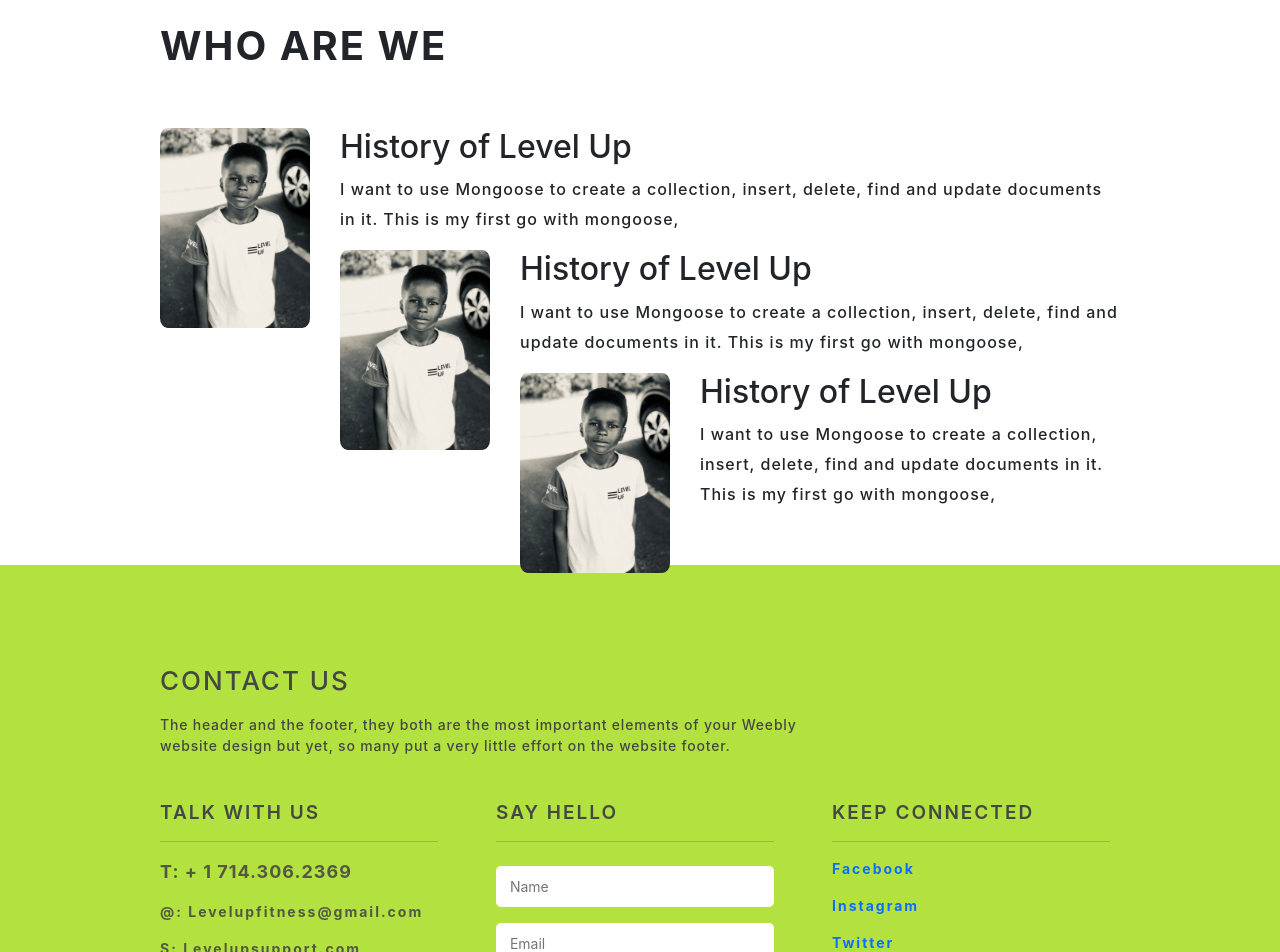
Repository: Bojurie/Level-up
Page: /about (app in client/)
An editor plug-in stored every save of this project. The page is shown before and after the next save, followed by the edit.
The browser window is 1280 px wide. The pictures show the part of the page from y = 352 to 1304 px (the page is 1674 px tall before and 1877 px after).
Some web fonts or font styles are not loaded; a fallback is used. Some web libraries are served in a nearby version. The project was rebuilt for these pictures with package versions that can differ from the ones it lists, and the page was loaded fresh each time. Also part of the build but not shown: client/src/components/Carousel.js, client/src/components/HomeVlog.css, client/src/components/HomeVlog.js, client/src/components/homeProducts.css, client/src/components/HomeProducts.js, client/src/components/Card.js, client/src/components/HomeShop.css, client/src/components/HomeShop.js and 10 more. Imported but missing from the stored project, and not drawn on this page: client/src/components/Chart.

Above is the page before, as saved 2022-11-30 06:58:25.

### client/public/index.html
<!DOCTYPE html>
<html lang="en">
  <head>
    <meta charset="utf-8" />
    <link rel="icon" href="%PUBLIC_URL%/favicon.ico" />
    <meta name="viewport" content="width=device-width, initial-scale=1" />
    <meta name="theme-color" content="#000000" />
    <meta
      name="description"
      content="Web site created using create-react-app"
    />
    <link rel="apple-touch-icon" href="%PUBLIC_URL%/logo192.png" />
    <link rel="manifest" href="%PUBLIC_URL%/manifest.json" />

    <link rel="preconnect" href="https://fonts.googleapis.com" />
    <link rel="preconnect" href="https://fonts.gstatic.com" crossorigin />
    <link
      href="https://fonts.googleapis.com/css2?family=Asap+Condensed:ital,wght@0,400;0,500;1,400&family=Chivo:wght@300;400&family=Jura:wght@300;400;500;600;700&family=Lato:ital,wght@0,400;0,700;1,400&family=Nunito+Sans:wght@400;600&family=Oswald:wght@300;500;700&family=Playball&family=Roboto:ital,wght@0,400;0,500;1,500&family=Wallpoet&display=swap"
      rel="stylesheet"
    />

    <link
      rel="stylesheet"
      href="https://cdn.jsdelivr.net/npm/bootstrap@5.1.3/dist/css/bootstrap.min.css"
      integrity="sha384-1BmE4kWBq78iYhFldvKuhfTAU6auU8tT94WrHftjDbrCEXSU1oBoqyl2QvZ6jIW3"
      crossorigin="anonymous"
    />
    <script
      src="https://kit.fontawesome.com/5ffdb52964.js"
      crossorigin="anonymous"
    ></script>
    <title>React App</title>
    <script
      src="https://kit.fontawesome.com/5ffdb52964.js"
      crossorigin="anonymous"
    ></script>
  </head>
  <body>
    <noscript>You need to enable JavaScript to run this app.</noscript>
    <div id="root"></div>
    <!--
      This HTML file is a template.
      If you open it directly in the browser, you will see an empty page.

      You can add webfonts, meta tags, or analytics to this file.
      The build step will place the bundled scripts into the <body> tag.

      To begin the development, run `npm start` or `yarn start`.
      To create a production bundle, use `npm run build` or `yarn build`.
    -->
  </body>
</html>

### client/src/App.js
import React from 'react';
// import { BrowserRouter as Router, Route, Routes } from 'react-router-dom';
import { BrowserRouter as Router, Route, Routes} from 'react-router-dom'


import Home from './pages/Home';
import About from './pages/About';
import Shop from './pages/Shop';
import Contact from './pages/Contact';
import Navbar from './components/Navbar';
import Footer from './components/Footer';
import LogIn from './pages/LogIn';
import Register from './pages/Register';
import Chart from './components/Chart';
import Vlog from './pages/Vlog';

import {DataProvider} from './components/Context'


function App() {

  return (
        <Router>
          <DataProvider>
          <Navbar />
          <Routes>
              <Route path='/' element={<Home />} />
              <Route path='/about' element={<About />} />
              <Route path='/contact' element={<Contact />} />
              <Route path='/shop' element={<Shop />} />
              <Route path='/vlog' element={<Vlog />} />
              <Route path='/login' element={<LogIn/>} />
              <Route path='/register' element={<Register />} />
              <Route path='/chart' element={<Chart/>} />
          </Routes>
          <Footer />
          </DataProvider>
        </Router>
  );
}

export default App;

### client/src/pages/About.js
import React from 'react';
import './About.css';

import DarkImage from '../images/IMG_5367.jpg'
import { FormTitle } from '../components/FormTitle';
const imgse = DarkImage;

const About = () => {

  return (
    <div className='about'>
    <FormTitle className="sign-in-form__title" />
      <div className=''>
          <div className='aboutContainer'>
            <h1> Who Are We </h1>
            <div className='aboutContent'>
              <div className='aboutParagraph'>
                <div className='AboutUs-content'>
                    <div className='AboutHistory'>
                        <div className='history-img'>
                            <img src={imgse} alt='img'/>
                        </div>
                        <div className='history-content'>
                          <h2>History of Level Up</h2>
                          <p>I want to use Mongoose to create a collection, insert, delete, find and update documents in it. This is my first go with mongoose,</p>
                        </div>
                    </div>
                    <div className='AboutGoal'>
                        <div className='history-img'>
                            <img src={imgse} alt='img'/>
                        </div>
                        <div className='history-content'>
                          <h2>History of Level Up</h2>
                          <p>I want to use Mongoose to create a collection, insert, delete, find and update documents in it. This is my first go with mongoose,</p>
                        </div>
                    </div>
                    <div className='Aboutproduct'>
                        <div className='history-img'>
                            <img src={imgse} alt='img'/>
                        </div>
                        <div className='history-content'>
                          <h2>History of Level Up</h2>
                          <p>I want to use Mongoose to create a collection, insert, delete, find and update documents in it. This is my first go with mongoose,</p>
                        </div>
                    </div>

                </div>



              </div>
            </div>
          </div>
      </div>
    </div>
  );
}

export default About;

### client/src/components/Navbar.js
import React from 'react';
import { Link } from 'react-router-dom';

import './Navbar.css'
import Logo from '../images/Logo.png'



const Navbar = () => {
  return (
    <nav className='navbar'>
      <div className='navbar-wrapper'>
        <Link to='/' className='logo'>
            <img src={Logo} alt='logo' />
        </Link>
        <ul className='navbar-links'>
            <Link to='/' >Home </Link>
            <Link to='/shop'> Shop</Link>
            <Link to='/Vlog'> V-Log</Link>
            <Link to='/about'> About</Link>
            <Link to='/contact'> Contact</Link>
            <Link to='/login'> Login </Link>
            <Link to='/register'>SignUp</Link>
            <Link to='/chart'><i class="fa-solid fa-cart-shopping"></i></Link>

        </ul>
      </div>

    </nav>
  );
}

export default Navbar;

### client/src/components/Footer.js
import React from 'react';
import { Link } from 'react-router-dom';
  import { FontAwesomeIcon } from '@fortawesome/react-fontawesome'
  import { instagram } from '@fortawesome/free-solid-svg-icons'

import './Footer.css';

const Footer = () => {
  return (
    <div className='footer'>
      <div className='footer-wrapper'>
        <div className='footer-header-wrapper'>
          <div className='footer-header'>
            <h1>Contact Us</h1>
          </div>
          <div className='footer-paragraph'>
            <p>The header and the footer, they both are the most important elements of your Weebly website design but yet, so many put a very little effort on the website footer.</p>
          </div>

        </div>
        <div className='footer-nav-content'>
            <div className='footer-navs-left'>
              <h3>Talk With Us</h3><hr/>
              <div className='footer-contact'>
                <div className='tel'>
                  <p>T: + 1 714.306.2369</p>
                </div>
                <div className='email'>
                  <p>@: Levelupfitness@gmail.com</p>
                </div>
                <div className='support'>
                  <p>S: Levelupsupport.com</p>
                </div>

              </div>

            </div>
            <div className='footer-navs-middle'>
                <h3>Say Hello</h3><hr/>
              <div className='footer-form'>

                  <form className='form'>
                    <input type='text' placeholder=' Name' />
                    <input type='text' placeholder=' Email' />
                    <input type='text' placeholder=' Telephone' />
                    <textarea placeholder='Message...' />
                  </form>
                  <div className='form-btn'>
                    <input type='submit' placeholder='' />
                  </div>

              </div>
            </div>
            <div className='footer-navs-right'>
              <h3>Keep Connected</h3><hr/>
              <div className='social-media'>
                <p><Link to='/'>Facebook</Link></p>
                <p><Link to='/'><FontAwesomeIcon icon="fa-brands fa-instagram" /> Instagram</Link></p>
                <p><Link to='/'>Twitter</Link></p>

              </div>

            </div>
        </div>


      </div>
    </div>
  );
}

export default Footer;

### client/src/components/Context.js
import React,{Component} from 'react';
export const DataContext = React.createContext();

export class DataProvider extends Component {
  constructor(props) {
    super(props)

    this.state = {
       products: [
         {
          "_id": "1",
          "title": "Level-Up Sweat Pant",
          "src": "https://images.unsplash.com/photo-1618354691373-d851c5c3a990?ixlib=rb-1.2.1&ixid=MnwxMjA3fDB8MHxwaG90by1wYWdlfHx8fGVufDB8fHx8&auto=format&fit=crop&w=658&q=80",
          "description": "Classic fit for running and outdoor activities.",
          "price": 39,
          "colors": ["red", "blue", "black"],
          "count": 2,
         },
         {
          "_id": "2",
          "title": "Kids Level-Up SweatPant",
          "src": "https://images.unsplash.com/flagged/photo-1555895312-bbc472c964f3?ixlib=rb-1.2.1&ixid=MnwxMjA3fDB8MHxwaG90by1wYWdlfHx8fGVufDB8fHx8&auto=format&fit=crop&w=388&q=80",
          "description": "Kids track sweatsuit for running or leisure activities",
          "price": 20,
          "colors": ["red", "blue", "black"],
          "count": 2,
         },
         {
          "_id": "3",
          "title": "Level Up Tank Top",
          "src": "https://images.unsplash.com/photo-1618354691373-d851c5c3a990?ixlib=rb-1.2.1&ixid=MnwxMjA3fDB8MHxwaG90by1wYWdlfHx8fGVufDB8fHx8&auto=format&fit=crop&w=658&q=80",
          "description": "description",
          "price": 20,
          "colors": ["red", "blue", "black"],
          "count": 2,
         },
         {
          "_id": "4",
          "title": "Level Up T-Shirt",
          "src": "https://images.unsplash.com/photo-1618354691373-d851c5c3a990?ixlib=rb-1.2.1&ixid=MnwxMjA3fDB8MHxwaG90by1wYWdlfHx8fGVufDB8fHx8&auto=format&fit=crop&w=658&q=80",
          "description": "description",
          "price": 20,
          "colors": ["red", "blue", "black"],
          "count": 2,
         },
         {
          "_id": "5",
          "title": "Level Up Sweater",
          "src": "https://images.unsplash.com/photo-1618354691373-d851c5c3a990?ixlib=rb-1.2.1&ixid=MnwxMjA3fDB8MHxwaG90by1wYWdlfHx8fGVufDB8fHx8&auto=format&fit=crop&w=658&q=80",
          "description": "description",
          "price": 20,
          "colors": ["red", "blue", "black"],
          "count": 2,
         },
         {
          "_id": "6",
          "title": "Level Up Embroidery Shirt",
          "src": "https://images.unsplash.com/photo-1618354691373-d851c5c3a990?ixlib=rb-1.2.1&ixid=MnwxMjA3fDB8MHxwaG90by1wYWdlfHx8fGVufDB8fHx8&auto=format&fit=crop&w=658&q=80",
          "description": "description",
          "price": 20,
          "colors": ["red", "blue", "black"],
          "count": 2,
         },
       ]
    }
  }

  render(){
    const {products} = this.state;
    return(
      <DataContext.Provider value={{products}}>
        {this.props.children}
      </DataContext.Provider>
    )
  }
}
export default DataProvider;

### client/src/pages/About.css
.aboutContainer h1 {
  padding: 20px 0 50px 0;
  text-transform: uppercase;
  font-weight: bold;
  letter-spacing: 2px;
}

.aboutContainer {
  padding: 40px 160px;
}

.aboutParagraph p {
  letter-spacing: 1px;
  line-height: 30px;
  font-weight: 500;
}

.aboutParagraph img {
 width: 150px;
  border-radius: 5%;
  float: left;
  margin: 0 30px 0 0;
}

.AboutUs-content {
  /* display: flex; */
}

### client/src/components/FormTitle.js
import React from "react";
import './FormTitle.css';

export function FormTitle(props) {
  const { className, text } = props;
  return <h1 className={`${className} form-title`}>{text}</h1>;
}

### client/src/components/Navbar.css
.logo img {
  width: 250px;
}

.navbar {
  padding-top: 0;
  display: contents;
}

.navbar-wrapper {
  display: flex;
  /* justify-content: center; */
  align-items: center;
  height: 90px;
  background: #b3e140;
  padding: 0 50px;
  justify-content: space-between;
}

.navbar-links {
  margin-bottom: 0;
}

.navbar-links a {
  font-size: 14px;
  letter-spacing: 2px;
  font-weight: 700;
  text-transform: capitalize;
  margin: 0 10px;
  color: rgb(68, 72, 67);

}

a {
  list-style: none;
  text-decoration: none;
}

### client/src/components/Footer.css
.footer {
  background-color: #b3e140;
      font-size: 14px;
    letter-spacing: 2px;
    font-weight: 700;

    color: rgb(68, 72, 67);
}
.footer-header h1 {
 font-size: 26px;
 text-transform: uppercase;
 letter-spacing: 2px;
}

.footer-navs {
  text-decoration: none;
  list-style-type: none;

}
.footer-navs li{
  padding: 10px 0;
  letter-spacing: 1px;
  text-transform: uppercase;
  font-weight: 600;

}
.footer-wrapper {
  padding: 100px 160px;
}

.footer-contact {



}
.footer-nav-content p {
 color: #424141db;
}
.footer-contact > .tel p{
    font-size: 18px;
    letter-spacing: 1px;

}
.footer-contact > .email p{
    font-size: 14px;
    /* letter-spacing: 2px; */
}
.footer-contact > .support p{
    font-size: 14px;
    letter-spacing: 2px;
}
.footer-paragraph {
  width: 70%;
  letter-spacing: .8px;
  font-weight: 500;
  padding: 10px 0;
}
.footer-wrapper h3{
 text-transform: uppercase;
 letter-spacing: 2px;
 font-size: 19px;
 font-weight: 600;

}

.footer-nav-content {
  display: flex;
  justify-content: space-between;
}



.footer-navs-left,
.footer-navs-middle,
.footer-navs-right{

  padding: 20px 10px 0 0;
  border-radius: 10px;
}

.footer-form {
  background-color: none !important;
}

/* footer Left section */
.footer-navs-left {
  width: 30%;
}

/* footer Middle section */
.footer-navs-middle {
 width: 30%;
}

.form {
  display: grid;
}
.form input {
  padding: 10px ;
  margin: 8px 0;
  border-radius: 5px;
  border: none;
}
.form input:focus {
  border: none;
}

.form textarea {
   width: 100%;
  height: 150px;
  padding: 12px 20px;
  box-sizing: border-box;
  border: 2px solid #ccc;
  border-radius: 4px;
  background-color: #f8f8f8;
  font-size: 16px;
  resize: none;
}
.form input:active {

  border: 1px solid rgb(241, 234, 234);

}
.form-btn {

}
.form-btn input {
     padding: 5px 25px;
    margin: 5px 0;
    border-radius: 4px;
    background-color: #999999;
    border: 1px solid  #b3e140;
    color: #b3e140;
    letter-spacing: 1.1px;
    font-weight: 600;
    text-transform: uppercase;
}

.footer-navs-right {
  width: 30%;
}

### client/src/components/Carousel.css
 .d-block {
   width: 100%;
   /* object-fit: cover; */
   /* object-position: 50% 50%; */
   /* background-size: contain;
   background-repeat: no-repeat; */
 }


 img {

   max-width: 100%;
   max-height: 100%;
   object-fit: cover;
   background-repeat: no-repeat;
 }

 .carousel-item img {
   width: 1000px;
   height: 500px;
 }

 .carousel-caption {
   top: 50%;
 }

 .carousel {
   object-fit: contain;
 }

### client/src/components/FormTitle.css
.form-title {
  font-size: 3rem;
  font-weight: 700;
  line-height: 2rem;
  margin: auto 0;
  color: white;
  background-image: url('https://images.unsplash.com/photo-1581397867105-8c988bd747e6?ixlib=rb-4.0.3&ixid=MnwxMjA3fDB8MHxwaG90by1wYWdlfHx8fGVufDB8fHx8&auto=format&fit=crop&w=1170&q=80') ;
    background-repeat: no-repeat;
  background-position: center;
  background-size: cover;
  padding: 7rem 0 7rem 10rem;
  letter-spacing: 5px;
  text-transform: uppercase;
  display: flex;
  justify-content: flex-start;

}
.form-title h1{


}


.shopForm-title {
 font-size: 3rem;
  font-weight: 700;
  line-height: 2rem;
  letter-spacing: 5px;
  text-transform: uppercase;
  display: flex;
  margin: auto 0;
   background-image: url('https://images.unsplash.com/photo-1581397867105-8c988bd747e6?ixlib=rb-4.0.3&ixid=MnwxMjA3fDB8MHxwaG90by1wYWdlfHx8fGVufDB8fHx8&auto=format&fit=crop&w=1170&q=80') ;
    background-repeat: no-repeat;
  background-position: center;
  background-size: cover;

  padding: 7rem 0 7rem 10rem;
  justify-content: flex-start;

}
.FormTitleLogin-title {
  font-size: 3rem;
  font-weight: 700;
  line-height: 2rem;
  padding: 6rem 0;
  letter-spacing: 5px;
  text-transform: uppercase;
  display: flex;
  justify-content: center;
  margin: auto 0;
   background-image: url('https://images.unsplash.com/photo-1609770231080-e321deccc34c?ixlib=rb-4.0.3&ixid=MnwxMjA3fDB8MHxwaG90by1wYWdlfHx8fGVufDB8fHx8&auto=format&fit=crop&w=765&q=80') ;
    background-repeat: no-repeat;
  background-position: center;
  background-size: cover;

}
.ContactForm-title {
 /* font-size: 3rem;
  font-weight: 700;
  line-height: 2rem;
  text-transform: uppercase; */
  display: flex;
  margin: auto 0;
   background-image: url('https://images.unsplash.com/photo-1587560699334-bea93391dcef?ixlib=rb-4.0.3&ixid=MnwxMjA3fDB8MHxwaG90by1wYWdlfHx8fGVufDB8fHx8&auto=format&fit=crop&w=1170&q=80') ;
    background-repeat: no-repeat;

 padding: 7rem 0 7rem 10rem;
  letter-spacing: 5px;
  justify-content: flex-start;

}
.RegisterForm-title {
  font-size: 3rem;
  font-weight: 700;
  line-height: 2rem;
  padding: 6rem 0;
  letter-spacing: 5px;
  text-transform: uppercase;
  display: flex;
  justify-content: center;
  margin: auto 0;
   background-image: url('https://images.unsplash.com/photo-1563906267088-b029e7101114?ixlib=rb-4.0.3&ixid=MnwxMjA3fDB8MHxwaG90by1wYWdlfHx8fGVufDB8fHx8&auto=format&fit=crop&w=1170&q=80') ;
    background-repeat: no-repeat;
  /* background-position: bottom; */
  /* background-size: cover; */
    /* background-attachment: */


}
.VlogForm_title h1{


}
.VlogForm_title {
  /* font-size: 3rem;
  font-weight: 700;
  line-height: 2rem; */
  padding: 7rem 0 7rem 10rem;
  letter-spacing: 5px;
  text-transform: uppercase;
  display: flex;
  justify-content: flex-start;
  margin: auto 0;
   background-image: url('https://images.unsplash.com/photo-1440778303588-435521a205bc?ixlib=rb-4.0.3&ixid=MnwxMjA3fDB8MHxwaG90by1wYWdlfHx8fGVufDB8fHx8&auto=format&fit=crop&w=1470&q=80') ;
    background-repeat: no-repeat;
  background-position: center;
  background-size: cover;

}

@media screen and (max-width: 414px) {
  .form-title {
    padding: 4rem 1rem;

  }

}

### client/src/components/auth/LoginForm.css
.loginForm-wrapper {
  text-align: center;
    justify-content: center;
    width: 600px;
    margin: auto;
    padding: 90px 0;

}
.login-header {
  text-transform: uppercase;
  letter-spacing: 2px;
  font-weight: 600;
}


form {
  display: grid;
}

.loginForm-header {
  font-size: 20px;
}

.loging
form input {
  margin: 5px 0;
  padding: 10px;
  border-radius: 10px;
  border: 1px solid white;
  background-color: rgba(243, 247, 255, 0.715) !important;
}
form input:focus{
  border: 2px solid green;
}
form > .loginBtn > input{
  padding: 8px;
  width: 100%;
  background-color:#999999!important;
  color: #ccf368;
  font-weight: 700;
  border: none;
  margin:5px 0 ;
  font-size: 20px;
  letter-spacing: 3px;
}

### client/src/components/auth/registerForm.css

.registerForm-wrapper {
  text-align: center;
    justify-content: center;
    width: 600px;
    margin: auto;
    padding: 90px 0;

}
.login-header {
  text-transform: uppercase;
  letter-spacing: 2px;
  font-weight: 600;
}


form {
  display: grid;
}

.loginForm-header {
  font-size: 20px;
}

.register
form input {
  margin: 5px 0;
  padding: 10px;
  border-radius: 10px;
  border: 1px solid white;

}
form input:focus{
  border: 2px solid green;
}
form > .loginBtn > input{
  padding: 8px;
  width: 100%;
  background-color: #b3e140 !;
  border: none;
  margin:5px 0 ;
}

Loaded but not shown: client/src/index.js (common file); client/src/index.css (common file)

After the next save:
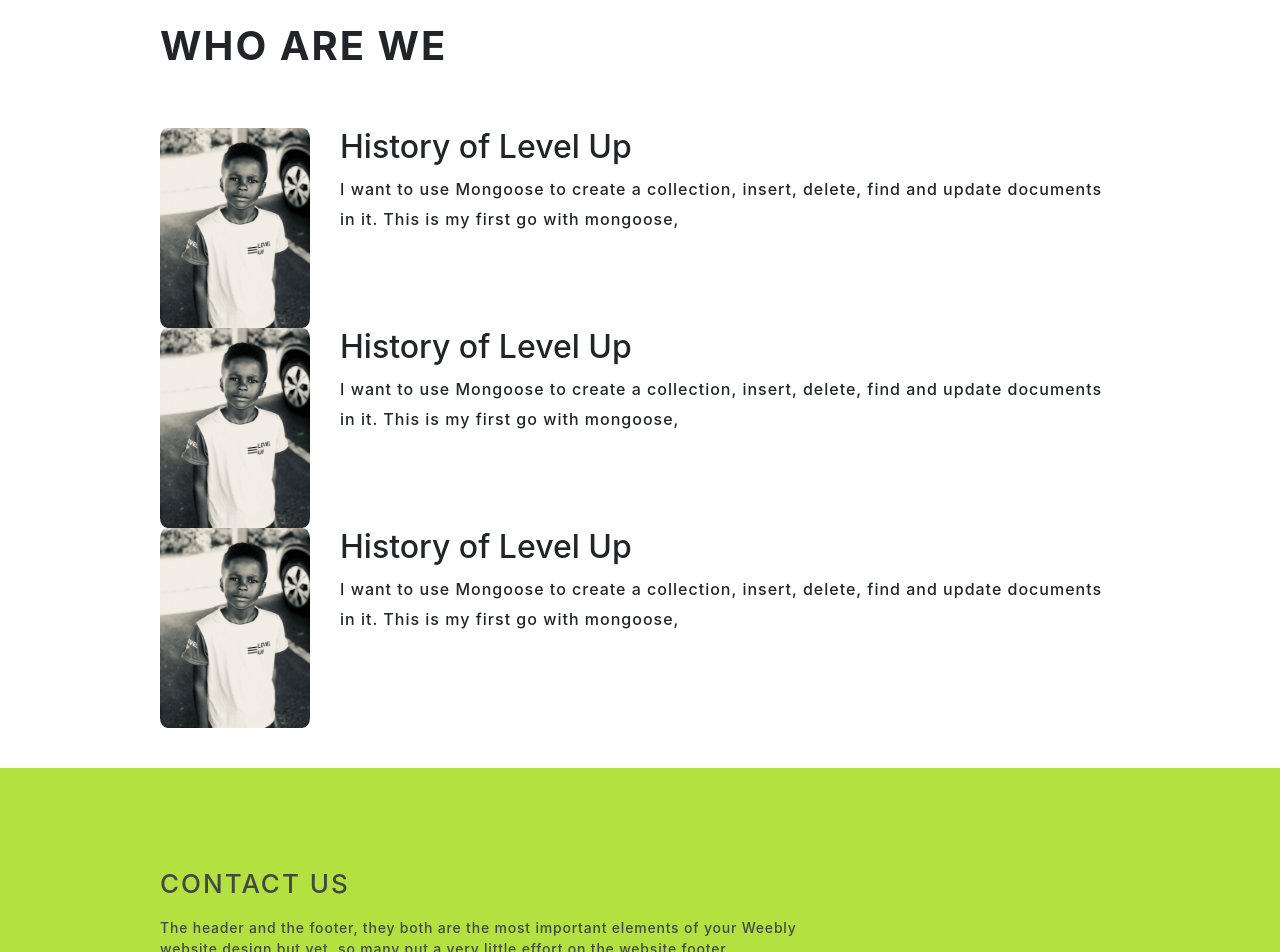
Saved 16 s later.
--- a/client/src/pages/About.css
+++ b/client/src/pages/About.css
@@ -23,5 +23,5 @@
 }
 
 .AboutUs-content {
-  /* display: flex; */
+  display: grid;
 }
